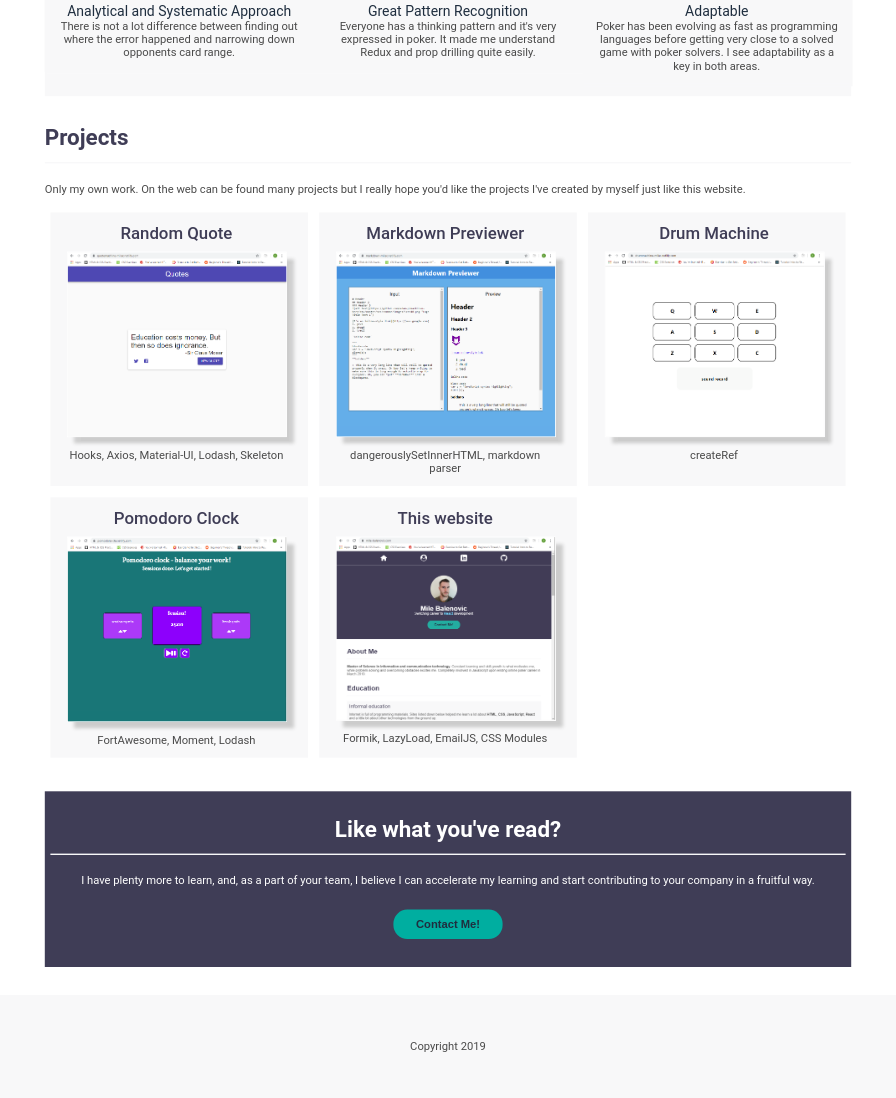
Repository: milac0/my-website
Page: /
An editor plug-in stored every save of this project. The page is shown before and after the next save, followed by the edit.
The browser window is 1280 px wide. The pictures show the part of the page from y = 1448 to 3368 px (the page is 3017 px tall before and 3368 px after), at 70% of full size.
The project was rebuilt for these pictures with package versions that can differ from the ones it lists, and the page was loaded fresh each time. Also part of the build but not shown: src/components/formContact.module.css, src/components/FormContact.js, src/pages/contact.module.css, src/pages/Contact.js. Imported but missing from the stored project, and not drawn on this page: src/resume.pdf.

Above is the page before, as saved 2019-10-29 19:50:57.

### public/index.html
<!DOCTYPE html>
<html lang="en">
  <head>
    <meta charset="utf-8" />
    <link rel="icon" href="%PUBLIC_URL%/favicon.ico" />
    <meta name="viewport" content="width=device-width, initial-scale=1" />
    <meta name="theme-color" content="#000000" />
    <meta
      name="description"
      content="Web site created using create-react-app"
    />
    <!--
      manifest.json provides metadata used when your web app is installed on a
      user's mobile device or desktop. See https://developers.google.com/web/fundamentals/web-app-manifest/
    -->
    <link rel="manifest" href="%PUBLIC_URL%/manifest.json" />
    <!--
      Notice the use of %PUBLIC_URL% in the tags above.
      It will be replaced with the URL of the `public` folder during the build.
      Only files inside the `public` folder can be referenced from the HTML.

      Unlike "/favicon.ico" or "favicon.ico", "%PUBLIC_URL%/favicon.ico" will
      work correctly both with client-side routing and a non-root public URL.
      Learn how to configure a non-root public URL by running `npm run build`.
    -->
    <title>Mile Balenovic</title>
  </head>
  <body>
    <noscript>You need to enable JavaScript to run this app.</noscript>
    <div id="root"></div>
    <!--
      This HTML file is a template.
      If you open it directly in the browser, you will see an empty page.

      You can add webfonts, meta tags, or analytics to this file.
      The build step will place the bundled scripts into the <body> tag.

      To begin the development, run `npm start` or `yarn start`.
      To create a production bundle, use `npm run build` or `yarn build`.
    -->
  </body>
</html>

### src/index.css
html, body {
  height: 100%;
}

body {
  margin: 0;
  font-family: 'Roboto', sans-serif;
  -webkit-font-smoothing: antialiased;
  -moz-osx-font-smoothing: grayscale;
}

/*****
  Navbar & Hero
*****/

header,
.hero {
  background:#3F3D56;
  border-bottom: 0.1px solid #ffffff;
  text-align: center;
}

.hero {
  margin-bottom: 2em;
}

.container {
  width: 90%;
  max-width: 1200px;
  margin: 0 auto;
}

nav li {
  list-style: none;
  max-width: 400px;
  margin: 0 auto;
  display: flex;
  justify-content: space-evenly;
  align-items: center;
}

.nav-item:hover {
  filter: invert(0.1);
}
nav ul {
  padding: 0;
}

.hero {
  margin-bottom: 2.5em;
}

.hero-profile {
  padding: 3em 0;
}

.hero-profile-image {
  width: 128px;
  height: 128px;
  background-color: #F8F8F9;
  margin: 0 auto;
  margin-bottom: 0.5em;
  border-radius: 50%;
}

.hero-profile-title,
.hero-profile-subtitle {
  color: #ffffff;
}

.hero-profile h1 {
  margin: 0;
  font-size: 2rem;
}

.hero-profile p {
  font-size: 1rem;
  margin: 0;
  margin-top: -0.25rem;
  margin-bottom: 1.5em;
}

.hero-profile-subtitle strong {
  font-weight: 700;
  color: #61dafb;
}

.button-cta,
.button-home {
  background: #00AEA0;
  color: #1f2e3f;
  padding: 0.75em 2em;
  border: none;
  border-radius: 20px;
  font-size: 1rem;
  font-weight: 700;
  text-decoration: none;
}

.button-cta:hover,
.button-cta:focus {
  background: #00C1B1;
  color: #1f2e3f;
  cursor: pointer;
}

.button-home {
  background: #ffffff;
  border: 2px solid #1f2e3f;
  padding: 0.3em 1em;
}

.button-home:hover,
.button-home:focus {
  border: 2px solid #ffffff;
 filter: invert(0.1);
}

/*****
  Typography
*****/

h1 {
  color: #3F3D56;
}

h2 {
  color: #3F3D56;
  font-size: 1.5rem;
  font-weight: 500;
  margin: 0;
}

p,
ul {
  color: #4a4a4a;
}

.section-skill h2 {
  color: #1F2E3F;
  font-size: 1.25rem;
  font-weight: 400;
  margin: 0;
}

.section-body {
  font-size: 1rem;
  margin-bottom: 1em;
}

#section-cta .section-title,
#section-cta .section-body {
  color: #ffffff;
}

/*****
  Layout
*****/
section {
  margin-bottom: 2.5em;
}

.section-title {
  border-bottom: 2px solid #F8F8F9;
  font-size: 2rem;
  padding-bottom: 0.5em;
}

.article-education,
.section-skill {
  box-shadow: 2px 2px #F8F8F9;
  border: 2px solid #F8F8F9;
  margin-bottom: 1em;
  padding: 0.5em;
}

.article-education li{
  margin-bottom: 0.5em;
}

.section-skill {
  background: #F8F8F9;
  text-align: center;
}

.section-skill p {
  margin: 0;
}

.responsive-container {
    width: 100%;
    padding-bottom: 56.25%; /* 9/16 = aspect ratio of image */
    position: relative;
    margin: 0 auto 1em auto;
}

.section-skill-image {
  height: 100%;
  width: 100%;
  position: absolute;
  left: 0;
  right: 0;
  margin: auto;
}

article {
  background: #F8F8F9;
  padding: 1em 2em 0.5em 1.5em;
  margin-bottom: 0.5em;
}

article p {
  margin-top: 1em;
  margin-bottom: 0.5em;
}

article h2 {
  margin-bottom: 0.5em;
}

.projects article {
  text-align: center;
}

.project-image {
  display: block;
  max-width: 80%;
  margin: 0 auto;
  height: auto;
  cursor: pointer;
  border: 1px solid #fff;
  box-shadow: 10px 10px 5px #ccc;
}

.project-image:hover {
  filter: invert(0.1);
}

#section-cta {
  padding-bottom: 5em;
  background: #3F3D56;
}

#section-cta{
  text-align: center;
  padding: 0.5em;
}

#section-cta .button-cta {
  margin: 1em 0 2em 0;
}

footer {
  background: #F8F8F9;
  padding: 3em 0;
  width: 100%;
  text-align: center;
  flex-shrink: 0;
}

.invalid-feedback {
  color: #D8000C;
  font-size: 0.75rem;
  font-family: 'Roboto', sans-serif;
}

@media (min-width: 752px) {
  nav li {
    max-width: 100%;
    margin: 0 auto;
    display: flex;
    justify-content: flex-end;
    align-items: center;
    position: relative;
  }

  nav ul {
    margin-left: 3em;
  }

  .nav-home-item {
    position: absolute;
    left: 0;
    margin: 0;
  }

  .articles-education {
    display: flex;
    flex-direction: row;
    justify-content: space-between;
  }

  .education-one {
    margin-right: 0.5em;
  }

  .education-two {
    margin-left: 0.5em;
  }

  .section-skills {
    background: #F8F8F9;
    display: flex;
    flex-direction: row;
    align-items: baseline;
  }
  .section-skill {
    flex: 1 1 200px;
    padding: 1em;
  }

  .projects {
    display: grid;
    grid-template-columns: repeat(auto-fill,minmax(320px, 1fr));
   }

   .projects article {
    margin: 0.5em;
  }

   .project-image {
     max-width: 100%;
   }
}

### src/App.js
import React from 'react';
import {
  BrowserRouter as Router,
  Switch,
  Route,
} from "react-router-dom";
import Home from './pages/Home'
import Contact from './pages/Contact';

function App() {
  return (
      <Router>
        <Switch>
        <Route path ="/" exact component={Home} />
        <Route path ="/contact" component={Contact} />
        </Switch>
      </Router>

  );
}

export default App;

### src/pages/Home.js
import React, { Fragment } from "react";
import Navbar from "../components/Navbar";
import Hero from "../components/Hero";
import AboutMe from "../components/AboutMe";
import Education from "../components/Education";
import Experience from "../components/Experience";
import Projects from "../components/Projects";
import SectionCTA from "../components/SectionCTA";
import Footer from "../components/Footer";

const Home = () => {
  return (
    <Fragment>
      <Navbar />
      <Hero />
      <main>
        <div className="container">
          <AboutMe />
          <Education />
          <Experience />
          <Projects />
          <SectionCTA />
        </div>
      </main>
      <Footer />
    </Fragment>
  );
};

export default Home;

### src/components/Navbar.js
import React from "react";
import { Link } from "react-router-dom";

import resumeIcon from "../images/resume.png";
import linkedinIcon from "../images/linkedin.png";
import githubIcon from "../images/github.png";
import homeIcon from "../images/home.png";
import resumePdf from "../resume.pdf";

//mui
import Tooltip from "@material-ui/core/Tooltip";

const Navbar = () => {
  return (
    <header>
      <div className="container">
        <nav>
          <li>
            <ul className="nav-home-item">
              <Tooltip title="Home">
                <Link to="/">
                  <img className="nav-item" src={homeIcon} alt="home" />
                </Link>
              </Tooltip>
            </ul>
            <ul>
              <Tooltip title="Resume">
                <a href={resumePdf} download target="_self">
                  <img className="nav-item" src={resumeIcon} alt="resume" />
                </a>
              </Tooltip>
            </ul>
            <ul>
              <Tooltip title="Linkedin">
                <a
                  href="https://www.linkedin.com/in/mile-balenovi%C4%87-a4ab9188/"
                  target="_blank"
                  rel="noopener noreferrer"
                >
                  <img className="nav-item" src={linkedinIcon} alt="linkedin" />
                </a>
              </Tooltip>
            </ul>
            <ul>
              <Tooltip title="Github">
                <a
                  href="https://github.com/milac0"
                  target="_blank"
                  rel="noopener noreferrer"
                >
                  <img className="nav-item" src={githubIcon} alt="github" />
                </a>
              </Tooltip>
            </ul>
          </li>
        </nav>
      </div>
    </header>
  );
};

export default Navbar;

### src/components/Hero.js
import React from "react";
import { Link } from "react-router-dom";
import profileImg from "../images/profile.png";

const Hero = () => {
  return (
    <div className="hero">
      <div className="container">
        <div className="hero-profile">
          <div className="hero-profile-image">
            <img src={profileImg} alt="profile" />
          </div>
          <h1 className="hero-profile-title">Mile Balenovic</h1>
          <p className="hero-profile-subtitle">
            Switching career to <strong>React</strong> development
          </p>
          <Link to="/contact">
            <button className="button-cta">Contact Me!</button>
          </Link>
        </div>
      </div>
    </div>
  );
};

export default Hero;

### src/components/AboutMe.js
import React from "react";

const AboutMe = () => {
  return (
    <section>
      <h1 className="section-title">About Me</h1>
      <p className="section-body">
        <strong>
          Master of Science in Information and Communication Technology.
        </strong>{" "}
        Constant learning and skill growth motivate me, while problem-solving
         and overcoming obstacles excite me. Completely involved
        in JavaScript upon ending online poker career in March 2019.
      </p>
    </section>
  );
};

export default AboutMe;

### src/components/Education.js
import React from "react";

const Education = () => {
  return (
    <section>
      <h1 className="section-title">Education</h1>
      <div className="articles-education">
      <article className="article-education education-one">
        <h2>Informal Education</h2>
        <p>
          Internet is full of programming materials. Sites listed down below
          helped me learn a lot about
          <strong> HTML</strong>, <strong>CSS</strong>,{" "}
          <strong>JavaScript</strong>,<strong> React</strong> and a little bit
          about other technologies from the ground up
        </p>
        <ul>
          <li>freeCodeCamp.org</li>
          <li>Udemy courses from Andrew Mead and Maximilian Schwarzmüller</li>
          <li>
            Youtube tutorials from channels: classNameed, The Net Ninja, Travery
            Media{" "}
          </li>
          <li>MDN</li>
          <li>W3Schools</li>
          <li>stackoverflow</li>
        </ul>
      </article>
      <article className="article-education education-two">
        <h2>Formal Education</h2>
        <ul>
          <li>
            <strong>
              University of Zagreb, Faculty of Electrical Engineering and
              Computing
            </strong>
            , Master of Science in Information and Communication Technology -
            Oct 2011 - Sep 2014
          </li>
          <li>
            <strong>
              University of Zagreb, Faculty of Electrical Engineering and
              Computing
            </strong>
            , Bachelor of Science in Computing - Oct 2008 - Jun 2011
          </li>
          <li>
            <strong>Technical School of Ruđer Bošković</strong> - Sep 2004 - May
            2008
          </li>
        </ul>
      </article>
      </div>
    </section>
  );
};

export default Education;

### src/components/Experience.js
import React from "react";
import LazyLoad from "react-lazyload";
import analyticalImg from "../images/analytical.svg";
import patternImg from "../images/pattern.svg";
import adaptiveImg from "../images/adaptive.svg";

const Experience = () => {
  return (
    <section>
      <h1 className="section-title">Experience</h1>
      <p className="section-body">
        I have a work experience as a self-employed online poker player. You may
        be asking what does it mean to you as a potential employer. Online poker
        made me develop skills that are translatable into programming
      </p>
      <div className="section-skills">
      <div className="section-skill">
      <div className="section-skill-image-container">
        <LazyLoad>
          <div className="responsive-container">
          <img
            className="section-skill-image"
            src={analyticalImg}
            alt="analytical"
          />
          </div>
        </LazyLoad>
        </div>
        <h2>Analytical and Systematic Approach</h2>
        <p>
          There is not a lot difference between finding out where the error happened
          and narrowing down opponents card range.
        </p>
      </div>
      <div className="section-skill">
        <LazyLoad>
        <div className="responsive-container">
          <img className="section-skill-image" src={patternImg} alt="pattern" />
          </div>
        </LazyLoad>
        <h2>Great Pattern Recognition</h2>
        <p>
          Everyone has a thinking pattern and it's very expressed in poker. It made
          me understand Redux and prop drilling quite easily.
        </p>
      </div>
      <div className="section-skill">
        <LazyLoad>
        <div className="responsive-container">
          <img className="section-skill-image" src={adaptiveImg} alt="" />
          </div>
        </LazyLoad>
        <h2>Adaptable</h2>
        <p>
          Poker has been evolving as fast as programming languages before
          getting very close to a solved game with poker solvers. I see adaptability
          as a key in both areas.
        </p>
      </div>
      </div>
    </section>
  );
};

export default Experience;

### src/components/Projects.js
import React from "react";
import LazyLoad from "react-lazyload";

import quoteImg from "../images/quote.PNG";
import markdownImg from "../images/markdown.PNG";
import pomodoroImg from "../images/pomodoro.PNG";
import drumImg from "../images/drum.PNG";
import thissiteImg from '../images/thissite.PNG'

const Projects = () => {
  return (
    <section>
      <h1 className="section-title">Projects</h1>
      <p className="section-body">
        Only my own work. On the web can be found many projects but I really hope
        you'd like the projects I've created by myself just like this website.
      </p>
      <div className="projects">
      <article>
        <h2>Random Quote</h2>
        <a
          href="https://quotemachine-milac.netlify.com/"
          target="_blank"
          rel="noopener noreferrer"
        >
          <LazyLoad>
            <img className="project-image" src={quoteImg} alt="quote-machine" />
          </LazyLoad>
        </a>
        <p>Hooks, Axios, Material-UI, Lodash, Skeleton</p>
      </article>
      <article>
        <h2>Markdown Previewer</h2>
        <a
          href="https://markdown-milac.netlify.com/"
          target="_blank"
          rel="noopener noreferrer"
        >
          <LazyLoad>
            <img
              className="project-image"
              src={markdownImg}
              alt="markdown-previewer"
            />
          </LazyLoad>
        </a>
        <p>dangerouslySetInnerHTML, markdown parser</p>
      </article>
      <article>
        <h2>Drum Machine</h2>
        <a
          href="https://drummachine-milac.netlify.com/"
          target="_blank"
          rel="noopener noreferrer"
        >
          <LazyLoad>
            <img className="project-image" src={drumImg} alt="drum-machine" />
          </LazyLoad>
        </a>
        <p>createRef</p>
      </article>
      <article>
        <h2>Pomodoro Clock</h2>
        <a
          href="https://pomodoro-clo.netlify.com/"
          target="_blank"
          rel="noopener noreferrer"
        >
          <LazyLoad>
            <img
              className="project-image"
              src={pomodoroImg}
              alt="pomodoro clock"
            />
          </LazyLoad>
        </a>
        <p>FortAwesome, Moment, Lodash</p>
      </article>
      <article>
        <h2>This website</h2>
        <a
          href="https://mile-balenovic.com/"
          target="_blank"
          rel="noopener noreferrer"
        >
          <LazyLoad>
            <img
              className="project-image"
              src={thissiteImg}
              alt="this website"
            />
          </LazyLoad>
        </a>
        <p>Formik, LazyLoad, EmailJS, CSS Modules</p>
      </article>
      </div>
    </section>
  );
};

export default Projects;

### src/components/SectionCTA.js
import React from "react";
import { Link } from "react-router-dom";

const SectionCTA = () => {
  return (
    <section id="section-cta">
      <h1 className="section-title">Like what you've read?</h1>
      <p className="section-body">
        I have plenty more to learn, and, as a part of your team, I believe I can
        accelerate my learning and start contributing to your company in a fruitful way.
      </p>
      <Link to="/contact">
        <button className="button-cta">Contact Me!</button>
      </Link>
    </section>
  );
};

export default SectionCTA;

### src/components/Footer.js
import React from "react";

const Footer = () => {
  return (
    <footer>
      <p> Copyright 2019</p>
    </footer>
  );
};

export default Footer;

Loaded but not shown: src/index.js (common file)

After the next save:
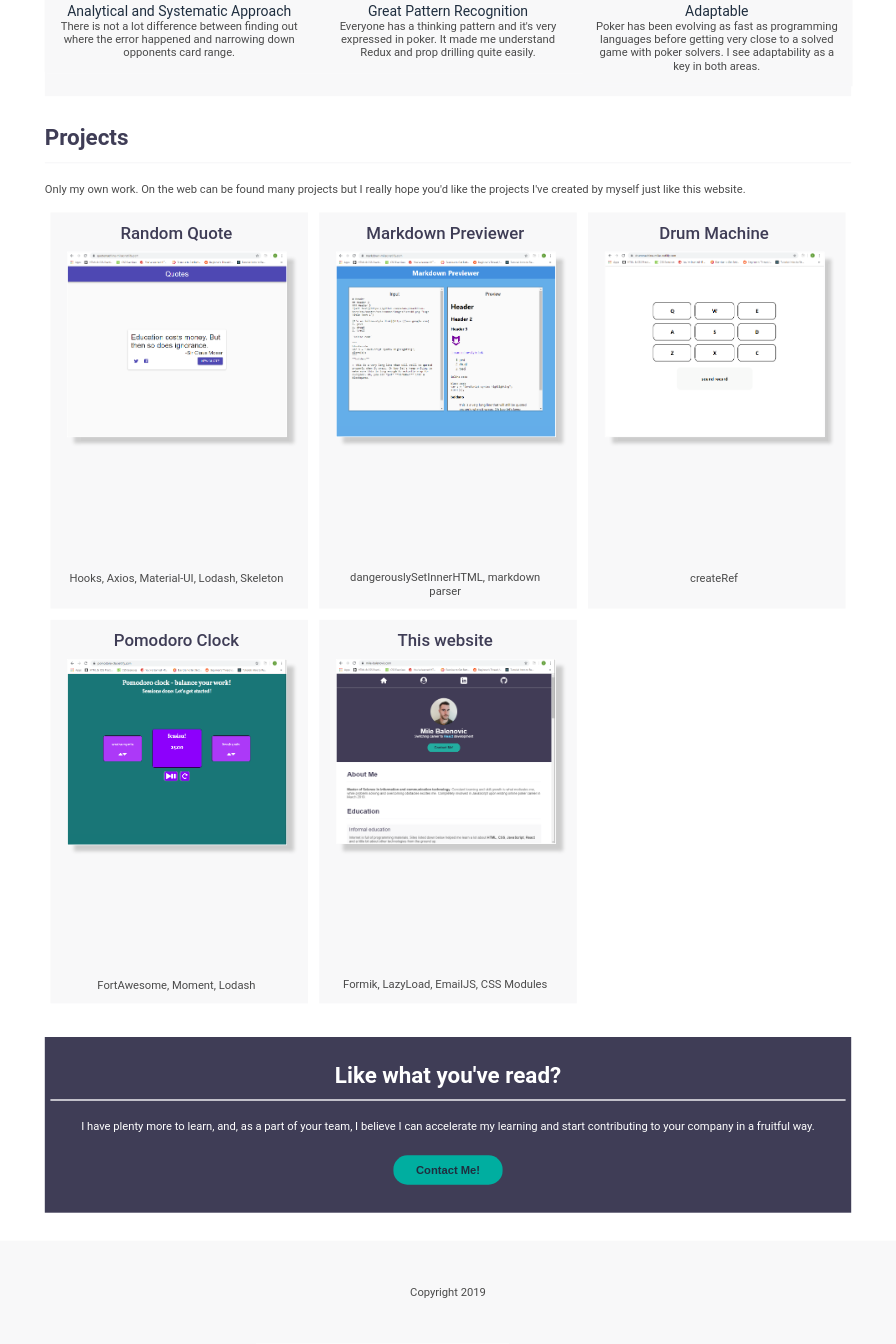
Saved 3 min 13 s later.
--- a/src/components/Projects.js
+++ b/src/components/Projects.js
@@ -24,7 +24,9 @@ const Projects = () => {
           rel="noopener noreferrer"
         >
           <LazyLoad>
+          <div className="responsive-container">
             <img className="project-image" src={quoteImg} alt="quote-machine" />
+            </div>
           </LazyLoad>
         </a>
         <p>Hooks, Axios, Material-UI, Lodash, Skeleton</p>
@@ -37,11 +39,13 @@ const Projects = () => {
           rel="noopener noreferrer"
         >
           <LazyLoad>
+          <div className="responsive-container">
             <img
               className="project-image"
               src={markdownImg}
               alt="markdown-previewer"
             />
+            </div>
           </LazyLoad>
         </a>
         <p>dangerouslySetInnerHTML, markdown parser</p>
@@ -54,7 +58,9 @@ const Projects = () => {
           rel="noopener noreferrer"
         >
           <LazyLoad>
+          <div className="responsive-container">
             <img className="project-image" src={drumImg} alt="drum-machine" />
+            </div>
           </LazyLoad>
         </a>
         <p>createRef</p>
@@ -67,11 +73,13 @@ const Projects = () => {
           rel="noopener noreferrer"
         >
           <LazyLoad>
+          <div className="responsive-container">
             <img
               className="project-image"
               src={pomodoroImg}
               alt="pomodoro clock"
             />
+            </div>
           </LazyLoad>
         </a>
         <p>FortAwesome, Moment, Lodash</p>
@@ -84,11 +92,13 @@ const Projects = () => {
           rel="noopener noreferrer"
         >
           <LazyLoad>
+          <div className="responsive-container">
             <img
               className="project-image"
               src={thissiteImg}
               alt="this website"
             />
+            </div>
           </LazyLoad>
         </a>
         <p>Formik, LazyLoad, EmailJS, CSS Modules</p>
